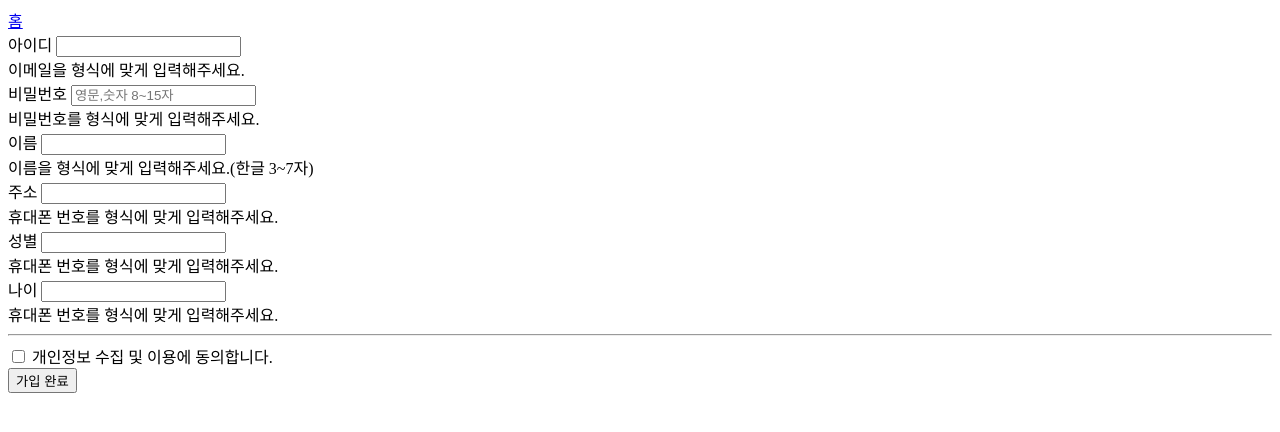
Repository: PacJ/spring_project
Page: http://localhost/spring_project/WEB-INF/views/user/signup.jsp
The author's editor kept a copy of each file at every save. The page is drawn from the files as they stood at one save, then again after the next save.
The browser window is 1280 px wide. The pictures show the whole page.
The page is served by Tomcat 9. Nobody is signed in. The template is opened directly, without the code that normally fills it, so the values that code supplies are empty.

Above is the page before, as saved 2023-03-02 05:23:08.

After the next save:
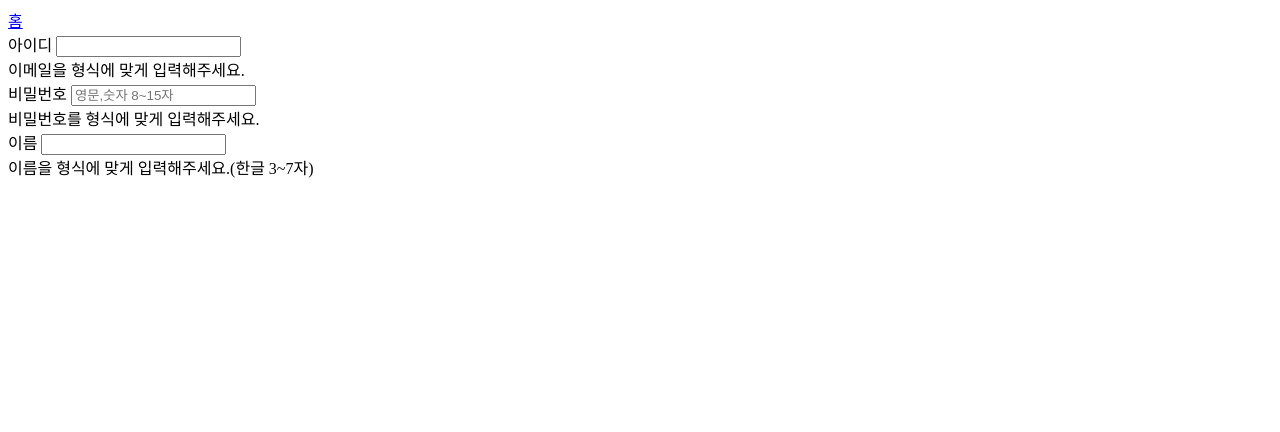
Saved 89 s later.
--- a/spring_project/src/main/webapp/WEB-INF/views/user/signup.jsp
+++ b/spring_project/src/main/webapp/WEB-INF/views/user/signup.jsp
@@ -47,7 +47,7 @@
 
 
 
-	          <div class="mb-3">
+<!-- 	          <div class="mb-3">
 	            <label for="address">주소</label>
 	            <input type="text" class="form-control" name="userAdress"  pattern="^010[0-9]{8}$" placeholder="" required>
 	            <div class="invalid-feedback">
@@ -80,7 +80,7 @@
 	          <div class="mb-4">
 	          <input type="hidden" name="memberType" value="1" />
 	           <button class="btn btn-dark btn-lg btn-block" type="submit">가입 완료</button>
-	           </div>
+	           </div> -->
 	        </div>
 
 	      </form>
